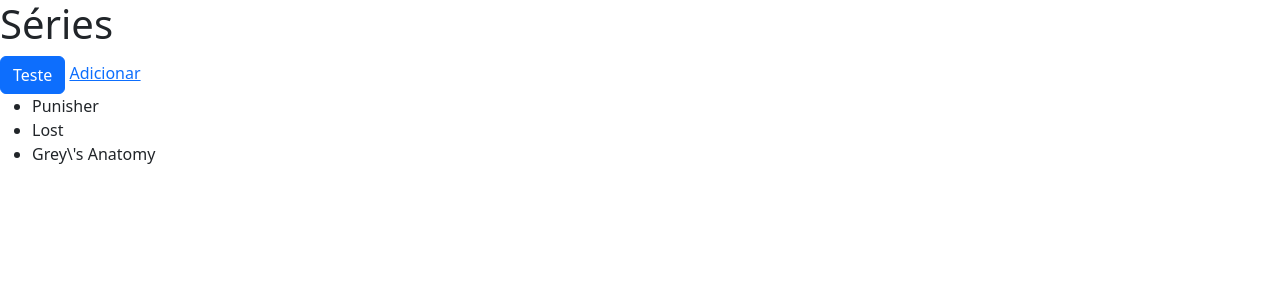
Repository: joaoDelaGracia/laravelTeste
Page: http://localhost/series
These files come from the project's save history. The page is drawn as it stood at one moment and after a run of saves; the edit follows.
The browser window is 1280 px wide. The pictures show the whole page.
The page is served by the project's Laravel application, run on PHP 8.4 with Laravel 12. Style sheets and scripts are compiled from the project's sources, by tool versions that may differ from the author's.

Above is the page before, as saved 2025-05-26 12:59:06.

After the next 2 saves:
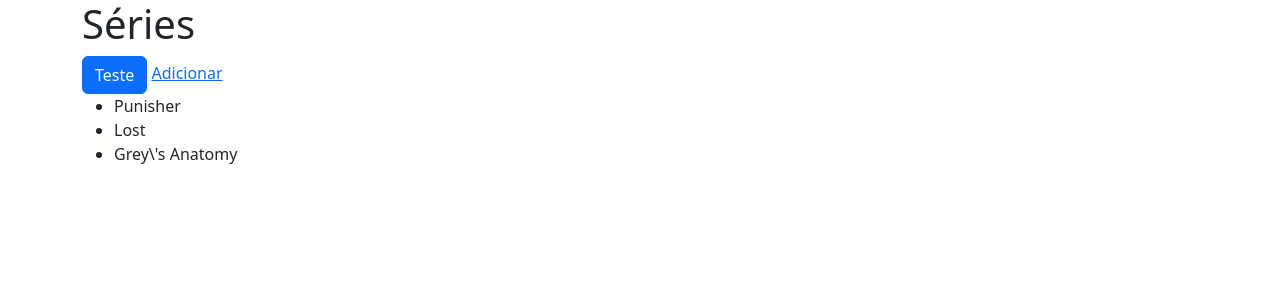
The 2 saves are shown as one change because they came seconds apart.
The last was saved 13 s later.
--- a/resources/views/components/layout.blade.php
+++ b/resources/views/components/layout.blade.php
@@ -7,8 +7,10 @@
     @vite(['resources/css/app.scss', 'resources/js/app.js'])
 </head>
 <body>
-    <h1 class="">{{ $title }} </h1>
-    <button class="btn btn-primary">Teste</button>
-    {{ $slot }}
+    <div class="container">
+        <h1 class="">{{ $title }} </h1>
+        <button class="btn btn-primary">Teste</button>
+        {{ $slot }}
+    </div>
 </body>
 </html>
